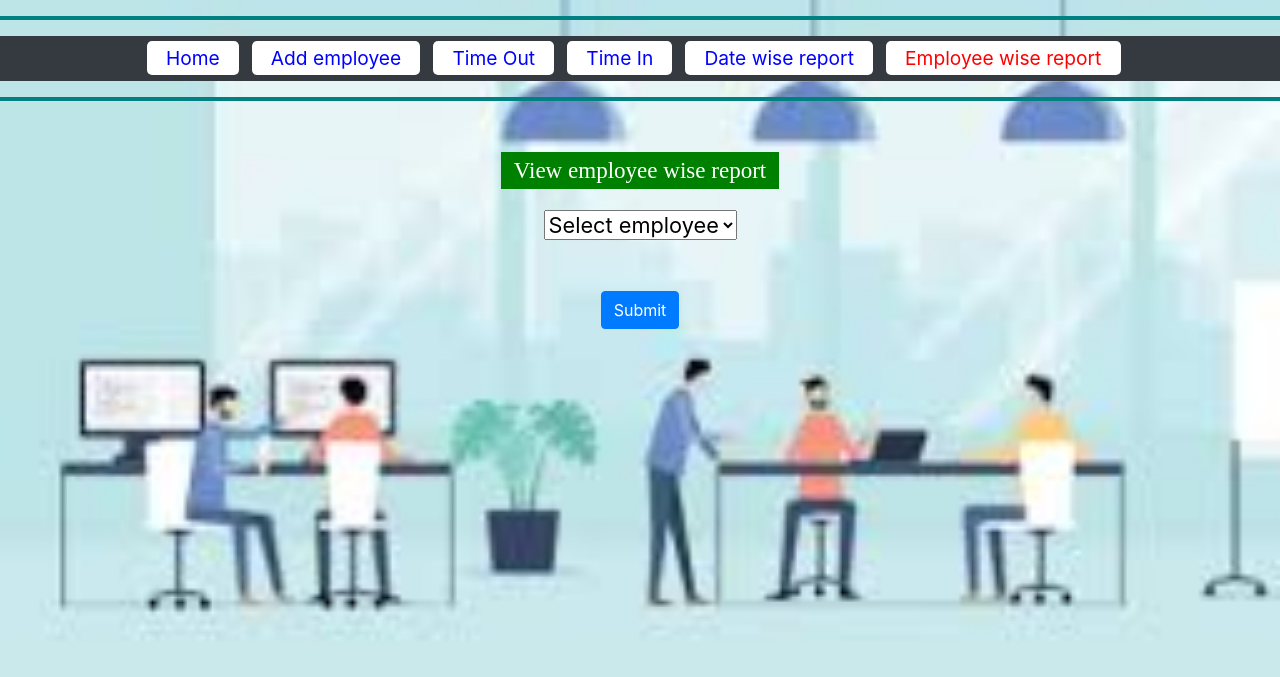
Repository: 7373Mehar/AdvanceJava
Page: http://localhost/emp-outin-time/employeewise-report/employee-name-list.jsp
These files come from the project's save history. The page is drawn as it stood at one moment and after the next save; the edit follows.
The browser window is 1280 px wide. The pictures show the whole page.
The page is served by Tomcat 9. Other server files are loaded and not shown. Queries for data that is not in the repository find no rows.

Above is the page before, as saved 2023-02-12 11:59:42.

### JSP/emp-outin-time/WebContent/employeewise-report/employee-name-list.jsp
<%@ include file="../navbar.jsp" %>
<html>
 <body onload="makeActive('empwise')">
 <form action="choose-date.jsp">
  <div class='dv'>
   <label class='hdu'>View employee wise report</label>
  </div>
 <div class='dvv' id='photo'>
  </div>
  <div class='dvv'>
   <select class='la' id="eid" name="eid" onchange="showPhoto()">
     <option value="-1">Select employee</option>
     <%
     Statement st=(Statement)application.getAttribute("list");
     ResultSet rst=st.executeQuery("select * from employeeinfo");
     while(rst.next())
     {
    	 String eid=rst.getString(1);
    	 String name=rst.getString(2);
    	 %>
    	 <option><%=name%>(<%=eid%>)</option>
    	 <%
     }
     %>
   </select>
  </div>
  <div class='dv'>
   	<button class='btn btn-primary' onclick='return checkEmployee()'>Submit</button>
  </div>
  <div class='dvv' id='msg'>
  </div>
 </form>
 </body>
</html>

### JSP/emp-outin-time/WebContent/navbar.jsp
<%@page import="java.sql.*" %>
<html>
 <%
 String pa="/employee-outin-time-management";
 %>
 <head>
  <script src='<%=pa%>/JS/script.js'></script>
  <link href='<%=pa%>/CSS/style.css' rel='stylesheet'>
  <link href='<%=pa%>/CSS/bootstrap.min.css' rel='stylesheet'>
 </head>
 <body bgcolor='cyan'>
   <hr style='border:2px solid teal'>
    <nav class='navbar navbar-expand navbar-light bg-dark'>
     <ul class='nav nav-pills mx-auto'>
      <li><a id="home" class='btra' href='<%=pa%>'>Home</a>
      <li><a id='add' class='btra' href='<%=pa%>/employee/insert.jsp'>Add employee</a>
      <li><a id='out' class='btra' href='<%=pa%>/outtime/employee-in-name-list.jsp'>Time Out</a>
      <li><a id='in' class='btra' href='<%=pa%>/intime/employee-out-name-list.jsp'>Time In</a>
      <li><a id='datewise' class='btra' href='<%=pa%>/datewise-report/choose-date.jsp'>Date wise report</a>
      <li><a id='empwise' class='btra' href='<%=pa%>/employeewise-report/employee-name-list.jsp'>Employee wise report</a>
     </ul>
    </nav>
   <hr style='border:2px solid teal'>
 </body>
</html>

### JSP/emp-outin-time/WebContent/JS/script.js
function makeActive(p)
{
	document.getElementById(p).style.color="red";
}
function checkEmployee()
{
	if(document.getElementById("eid").value==-1)
	{
		alert("Please select name of employee then submit");
		return false;
	}
	return true;
}
function showPhoto()
{
	var eid=document.getElementById("eid").value;
	if(eid==-1)
	{
		return false;
	}
	var obj=new XMLHttpRequest();
    obj.onreadystatechange=function()
    {
     if(obj.readyState==4)
     {
       var res=obj.responseText;
       document.getElementById("photo").innerHTML=res;
     }
    };
    var url="../show-photo.jsp?eid="+eid;
    obj.open("GET",url);
    obj.send();
}

### JSP/emp-outin-time/WebContent/CSS/style.css
.dv{
	text-align: center;
	margin-top: 4vw;
}
.lah{
	font-size:2.3vw;
	font-family: elephant;
}
.lam{
	font-size:2.2vw;
	font-family:Georgia;
}
.lahu{
	font-size:2vw;
	font-family: elephant;
	text-decoration: underline;
}
.hdu{
	font-size:1.8vw;
	font-family: luciada calligraphy;
	color:white;
	padding:.1vw 1vw;
	background-color: green;
}
.la{
	font-size:1.7vw;
}
.lau{
	font-size:1.7vw;
	text-decoration: underline;
}
.las{
	font-size:1.5vw;
}
span{
	color:red;
}
.tab{
	margin-left: auto;
	margin-right: auto;
	margin-top: 2vw;
	background-color: cyan;
	border-radius: .5vw;
}
.tdp{
	padding:2vw 1vw;
}
.btr{
	cursor: pointer;
	color:white;
	background-color:orange;
	margin-right:1vw;
	padding:.3vw 1.6vw;
	border-radius: .4vw;
	font-size:1.4vw;
	border:none;
}
.btra{
	color:blue;
	background-color:white;
	margin-right:1vw;
	padding:.4vw 1.5vw;
	font-size:1.5vw;
	text-decoration: none;
	border-radius: .4vw;
}
.btra:hover{
	color:white;
	background-color:blue;
	text-decoration: none;
}
.dvv{
	text-align: center;
	margin-top:1vw;
}
.tb{
	font-size:1.4vw;
	width:100%;
	border-radius: .4vw;
}
.ta{
	margin-left: auto;
	margin-right: auto;
	margin-top:2vw;
	width:auto;
	font-size:1.7vw;
	border-radius:.5vw;
	background-color:teal;
	color:white;
}
.pd{
	padding:1vw 2vw;
}
.lig{
	 margin-right:.5vw;
	 background-color:red;
}
anu{
	text-decoration: underline;
}
.cdta{
	 width:100%;
	 font-size:20px;
	 color:white;
	 font-weight: bold;
}
.cdbt{
	padding:.2vw 1.3vw;
	border-radius: .5vw;
	color:white;
	background-color:blue;
	border:none;
	cursor:hand;
}
.scrollit {
    overflow:scroll;
    max-height:53vh;
}
.scrollit thead th {
      position: sticky;
      background:teal;
      color:white;
      top: 0;
}
.insta{
	margin-left: auto;
	margin-right: auto;
	margin-top:2vw;
	width:auto;
	font-size:1.7vw;
	border-radius:.5vw;
	background-color:teal;
	color:white;
}
body{
	background-image: url('../images/bg.jfif');
	background-repeat: no-repeat;
	background-size: cover;
}

Loaded but not shown: JSP/emp-outin-time/WebContent/CSS/bootstrap.min.css (library)

After the next save:
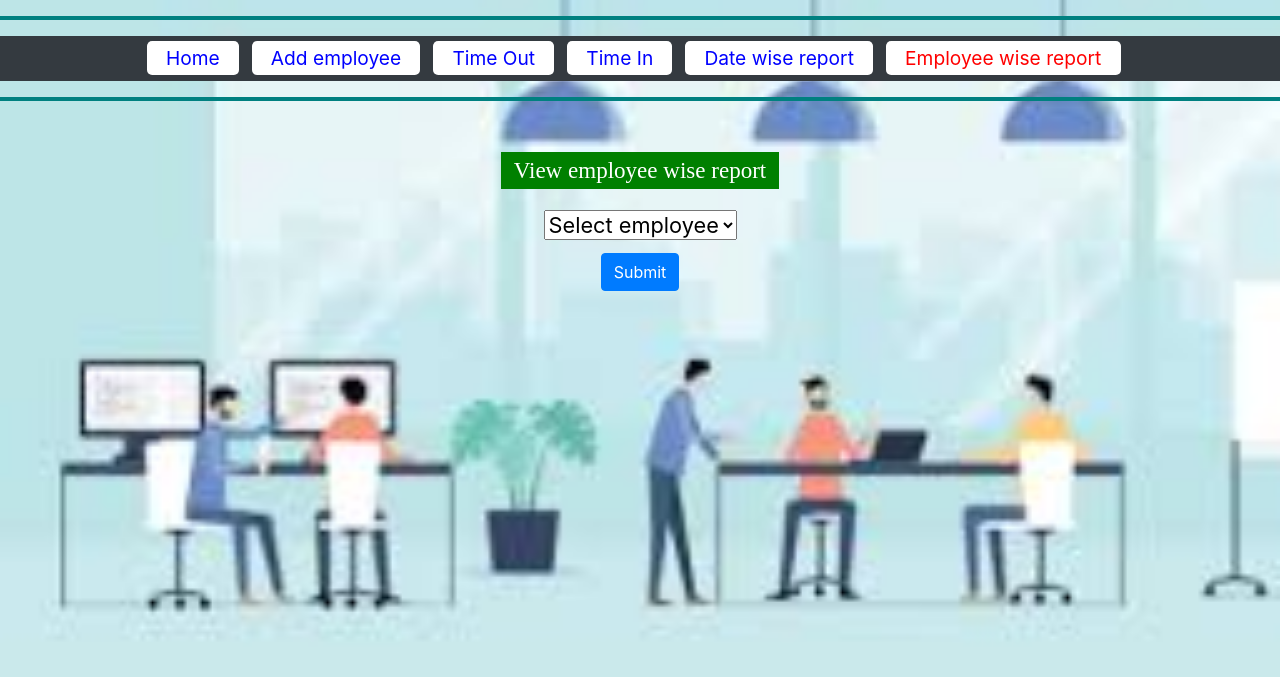
Saved 32 s later.
--- a/JSP/emp-outin-time/WebContent/employeewise-report/employee-name-list.jsp
+++ b/JSP/emp-outin-time/WebContent/employeewise-report/employee-name-list.jsp
@@ -24,7 +24,7 @@
      %>
    </select>
   </div>
-  <div class='dv'>
+  <div class='dvv'>
    	<button class='btn btn-primary' onclick='return checkEmployee()'>Submit</button>
   </div>
   <div class='dvv' id='msg'>
